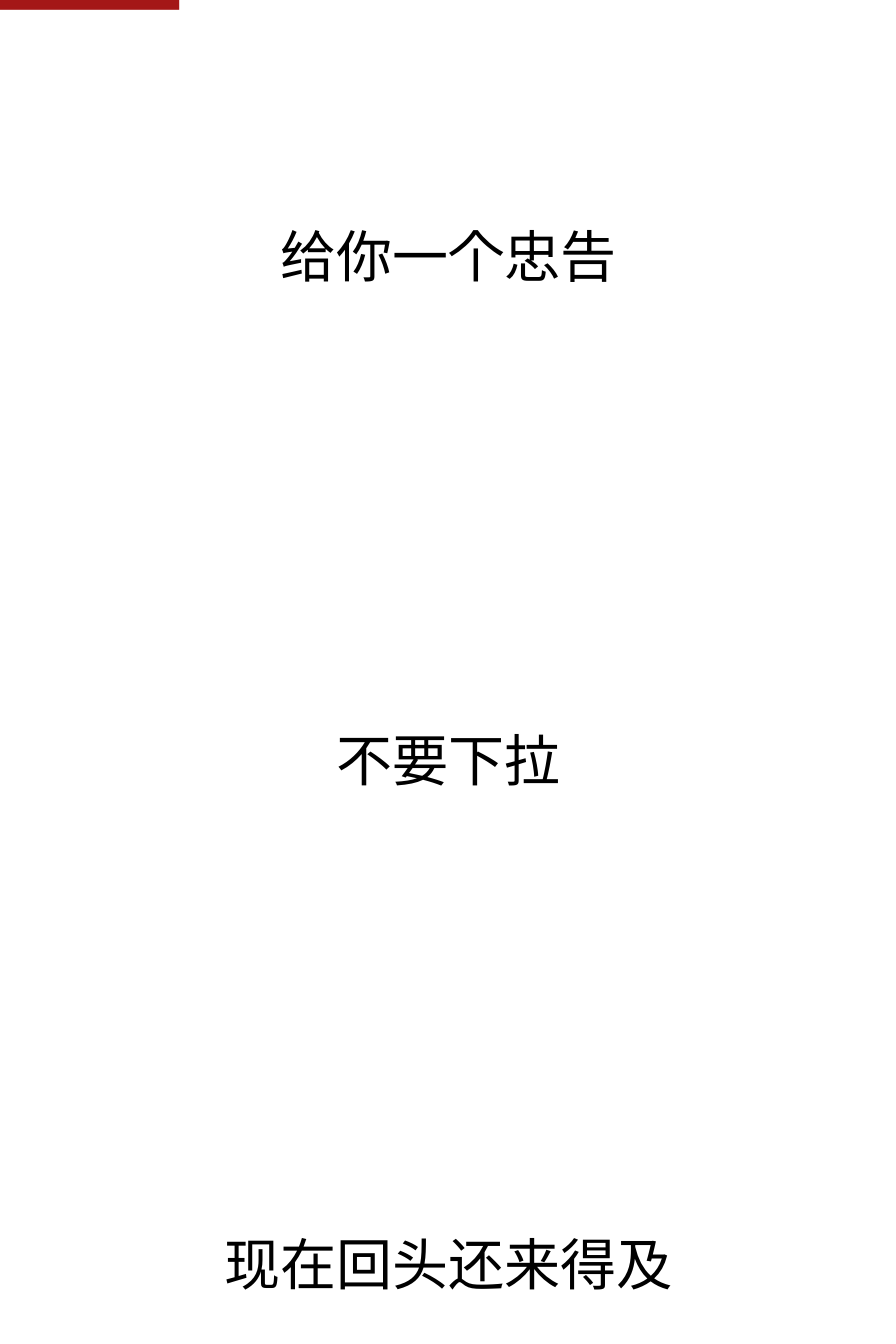
Repository: PUYIXIU/CSSMagic
Page: Animation/ScrollDrivenAnimation/index.html
These files come from the project's save history. The page is drawn as it stood at one moment and after the next save; the edit follows.
The browser window is 1280 px wide. The pictures show the part of the page from y = 0 to 1920 px (the page is 7200 px tall), at 70% of full size.
Some web fonts or font styles are not loaded; a fallback is used.

Above is the page before, as saved 2024-09-03 10:39:34.

After the next save:
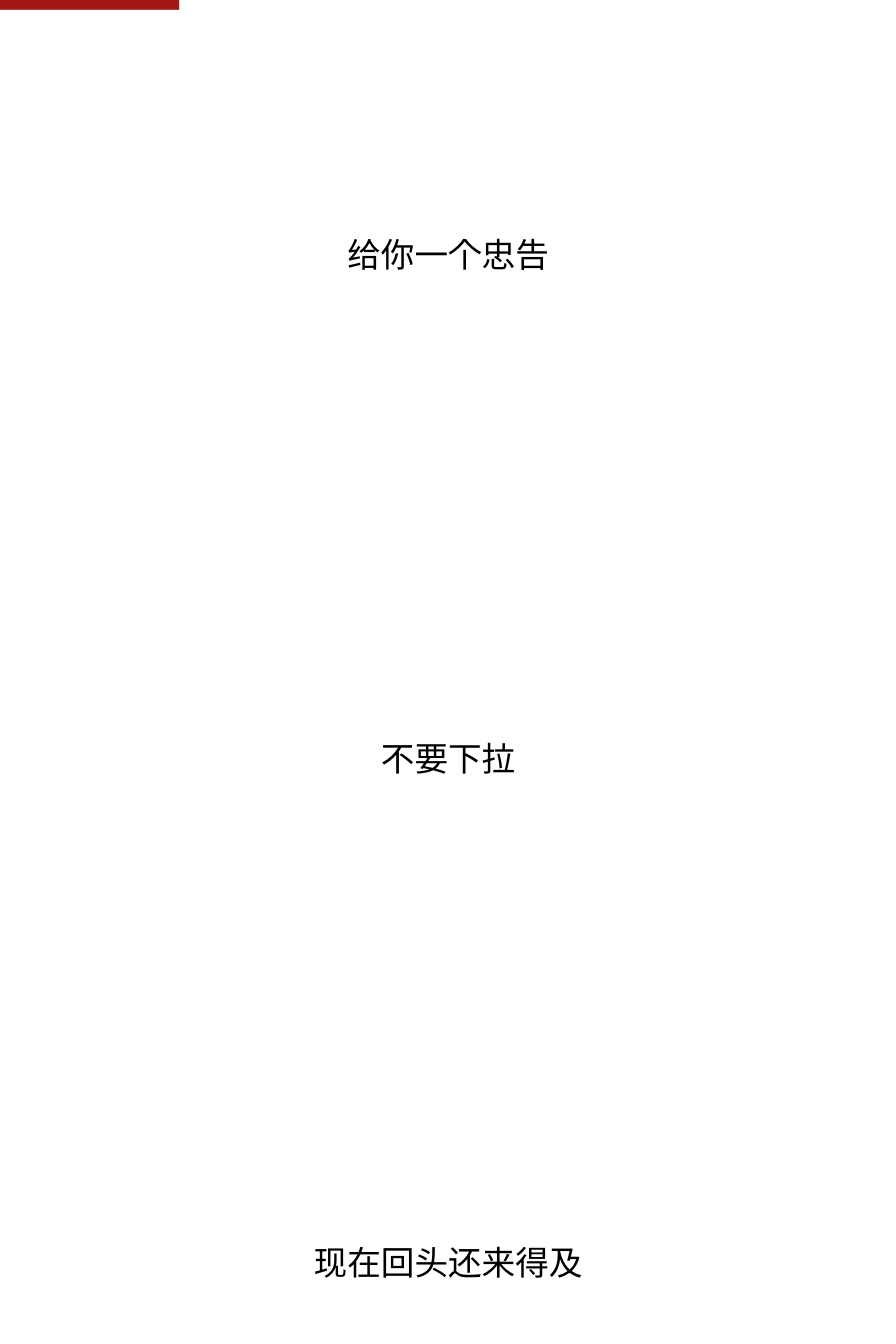
Saved 4 s later.
--- a/Animation/ScrollDrivenAnimation/index.html
+++ b/Animation/ScrollDrivenAnimation/index.html
@@ -23,7 +23,7 @@
             width:100%;
             display: grid;
             place-items: center;
-            font-size:5em;
+            font-size:3em;
             font-family:Xiang Cui;
         }
     </style>
